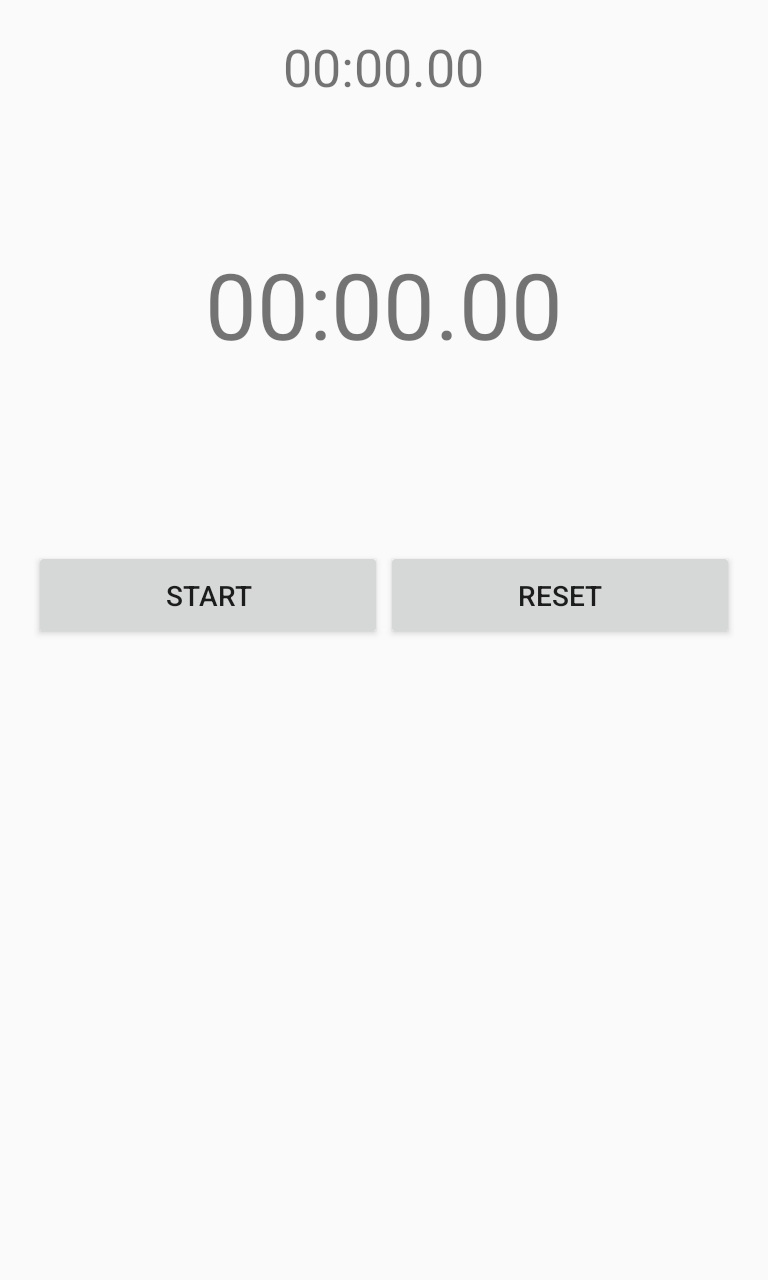
Repository: GitDidNotExitCleanly/AndroidTimer
Layout: StopWatch/res/layout/activity_main.xml
An editor plug-in stored every save of this project. The layout is shown before and after the next save, followed by the edit.
It is drawn on a 768 x 1280 px phone screen (xhdpi) without system bars, with theme AppTheme; the app's code is not run. Lists and similar views that code fills are empty.

Above is the layout before, as saved 2015-03-05 16:29:22.

### StopWatch/res/layout/activity_main.xml
<LinearLayout xmlns:android="http://schemas.android.com/apk/res/android"
    xmlns:tools="http://schemas.android.com/tools"
    android:id="@+id/LinearLayout1"
    android:layout_width="fill_parent"
    android:layout_height="fill_parent"
    android:gravity="center_horizontal"
    android:orientation="vertical"
    android:paddingBottom="@dimen/activity_vertical_margin"
    android:paddingLeft="@dimen/activity_horizontal_margin"
    android:paddingRight="@dimen/activity_horizontal_margin"
    android:paddingTop="@dimen/activity_vertical_margin"
    tools:context="com.app.stopwatch.MainActivity" >

    <LinearLayout
        android:layout_width="fill_parent"
        android:layout_height="wrap_content"
        android:layout_weight="1"
        android:gravity="center"
        android:orientation="vertical" >

        <TextView
            android:id="@+id/smallTime"
            android:layout_width="wrap_content"
            android:layout_height="wrap_content"
            android:layout_weight="1"
            android:text="00:00.00"
            android:textSize="@dimen/stopwatch_small_time" />

        <TextView
            android:id="@+id/largeTime"
            android:layout_width="wrap_content"
            android:layout_height="wrap_content"
            android:layout_weight="1.3"
            android:text="00:00.00"
            android:textSize="@dimen/stopwatch_large_time" />

        <LinearLayout
            android:id="@+id/LinearLayout2"
            android:layout_width="match_parent"
            android:layout_height="wrap_content"
            android:layout_weight="1"
            android:orientation="horizontal" >

            <Button
                android:id="@+id/start_stop"
                android:layout_width="wrap_content"
                android:layout_height="wrap_content"
                android:layout_weight="1"
                android:text="Start" />

            <Button
                android:id="@+id/reset_lap"
                android:layout_width="wrap_content"
                android:layout_height="wrap_content"
                android:layout_weight="1"
                android:text="Reset" />

        </LinearLayout>
    </LinearLayout>

    <ListView
        android:id="@+id/listView1"
        android:layout_width="fill_parent"
        android:layout_height="wrap_content"
        android:layout_weight="1" >
    </ListView>

</LinearLayout>

### StopWatch/res/values/dimens.xml
<resources>

    <!-- Default screen margins, per the Android Design guidelines. -->
    <dimen name="activity_horizontal_margin">16dp</dimen>
    <dimen name="activity_vertical_margin">16dp</dimen>
    <dimen name="stopwatch_small_time">26sp</dimen>
    <dimen name="stopwatch_large_time">46sp</dimen>

</resources>

Loaded but not shown: StopWatch/res/values/styles.xml (common file); StopWatch/res/values-v11/styles.xml (common file); StopWatch/res/values-v14/styles.xml (common file); StopWatch/res/values-w820dp/dimens.xml (common file)

After the next save:
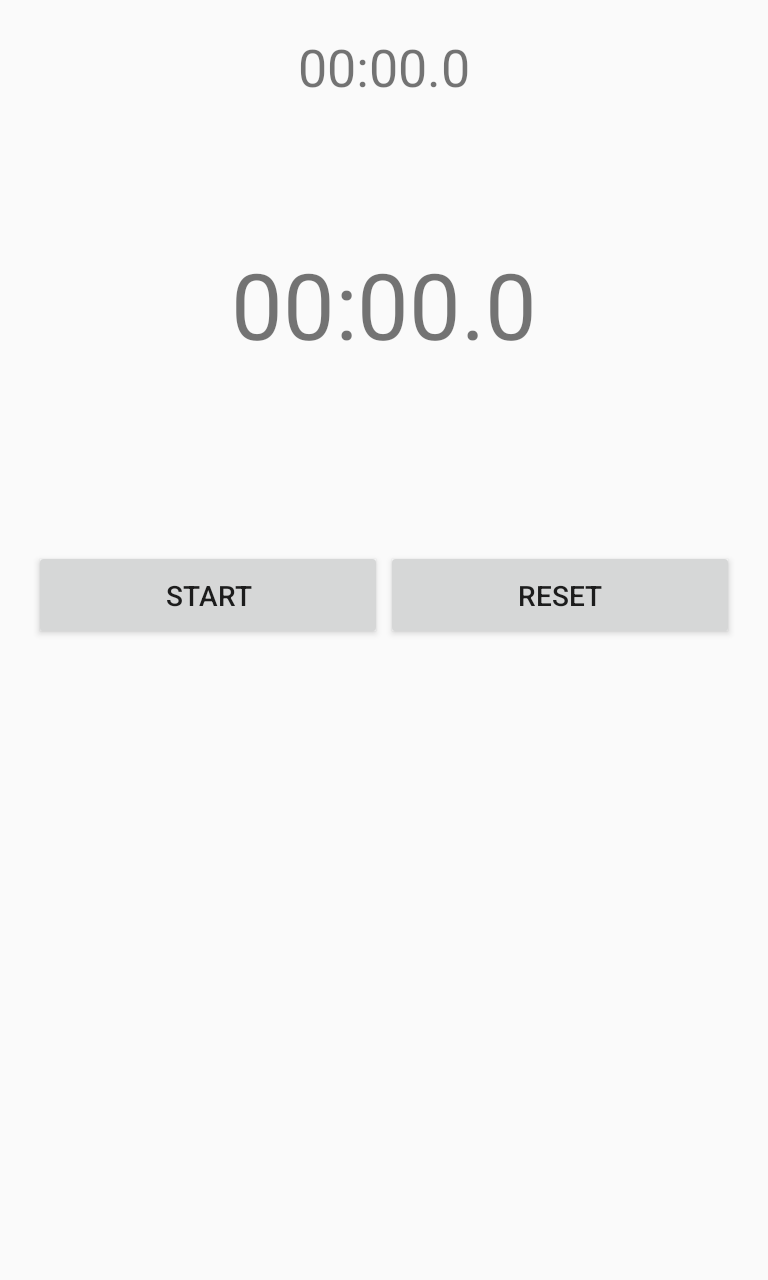
Saved 14 s later.
--- a/StopWatch/res/layout/activity_main.xml
+++ b/StopWatch/res/layout/activity_main.xml
@@ -23,7 +23,7 @@
             android:layout_width="wrap_content"
             android:layout_height="wrap_content"
             android:layout_weight="1"
-            android:text="00:00.00"
+            android:text="00:00.0"
             android:textSize="@dimen/stopwatch_small_time" />
 
         <TextView
@@ -31,7 +31,7 @@
             android:layout_width="wrap_content"
             android:layout_height="wrap_content"
             android:layout_weight="1.3"
-            android:text="00:00.00"
+            android:text="00:00.0"
             android:textSize="@dimen/stopwatch_large_time" />
 
         <LinearLayout
